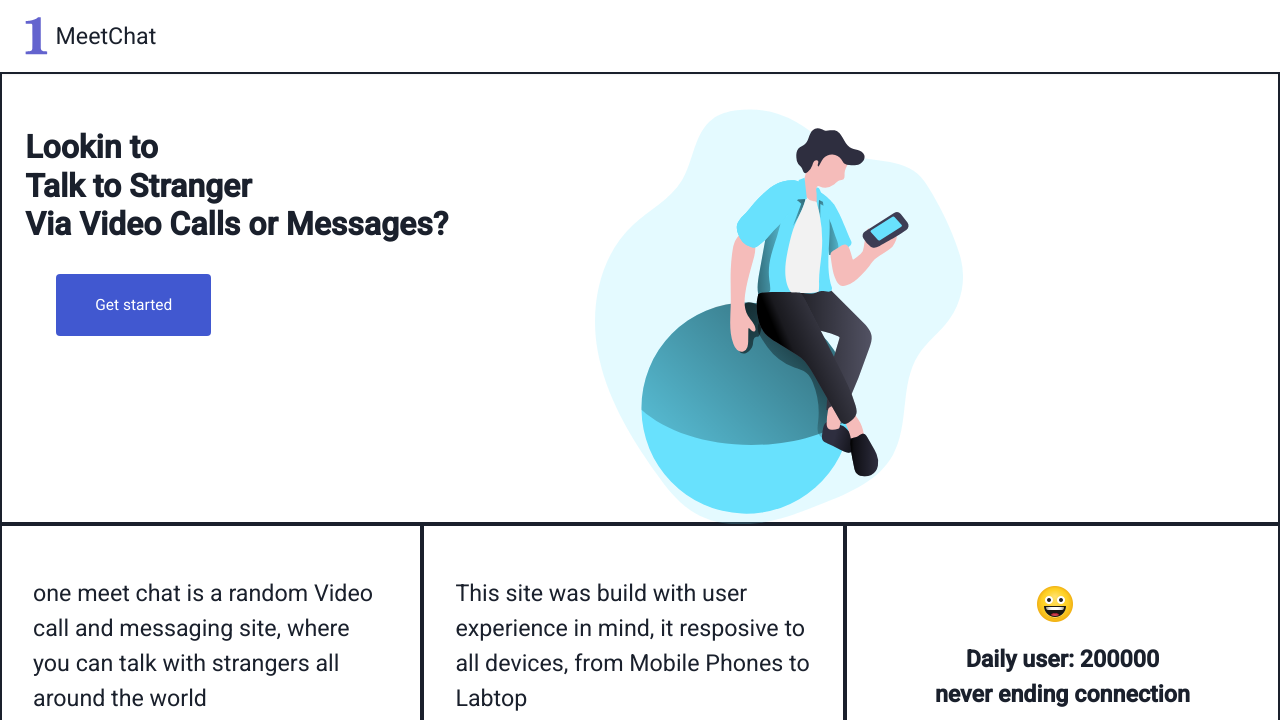
Repository: josephkongon/onemeetchat
Page: /
An editor plug-in stored every save of this project. The page is shown before and after the next save, followed by the edit.
The browser window is 1280 px wide. The pictures show the whole page.
The page's requests for data from a server got no answer. An inner scrolling area shows only its first screen. The project was rebuilt for these pictures with package versions that can differ from the ones it lists, and the page was loaded fresh each time. The framework's server and built-in components were replaced by stand-ins that run in the browser. No one was signed in, and anything a server would have sent is missing. Also part of the build but not shown: next.config.js, components/Privacy.tsx, components/Terms.tsx.

Above is the page before, as saved 2022-11-15 18:57:31.

### pages/_app.tsx
import '../styles/globals.css';
import type { AppProps } from 'next/app';
import { ChakraProvider } from '@chakra-ui/react';
import { theme } from '../theme';
import './index.css';

import { Provider } from 'react-redux';
import { store } from './redux/store';
import { SocketProvider } from '../provider/SocketProvider';
import { useEffect } from 'react';
import dynamic from 'next/dynamic';

function MyApp({ Component, pageProps }: AppProps) {
  useEffect(() => {
    const CodeMirror = dynamic(() => import('react-codemirror'), {
      ssr: false,
    });
  });
  return (
    <ChakraProvider theme={theme}>
      <SocketProvider>
        <Provider store={store}>
          <Component {...pageProps} />
        </Provider>
        {/* <App /> */}
      </SocketProvider>
    </ChakraProvider>
  );
}

export default MyApp;

### pages/index.tsx
import { Box, Button, Container, Text, Image, Heading } from '@chakra-ui/react';
import Head from 'next/head';
import {
  BrowserRouter as Router,
  Routes,
  Route,
  Navigate,
  NavLink,
} from 'react-router-dom';
import { BrowserRouter } from 'react-router-dom';
import styles from '../styles/Home.module.css';

import { UserInfo } from '../components/UserInfo';
import { useEffect } from 'react';

const Home = () => {
  useEffect(() => {});
  return (
    <Box w={'100vw'} h={'1fr'}>
      <Head>
        <title>One Meet Chat</title>
        <meta
          name='meet random people'
          content='Meet new people all around the world through video call and message'
        />
        <meta name='random call' content='Random calls with strangers ' />
        <meta
          name='random message'
          content='Talk to stangers through messages'
        />
        <link rel='icon' />
      </Head>
      <Box w={'100vw'} h={'100vh'} overflowX='hidden' className='mainscrollbar'>
        <Box
          display={'flex'}
          justifyContent='space-between'
          alignItems={'center'}
          h='10%'
          boxShadow='rgba(0, 0, 0, 0.16) 0px 1px 4px'
        >
          <Box
            ml={'1rem'}
            display='flex'
            alignItems={'center'}
            justifyContent='center'
          >
            <Image width='40px' height='40px' src='/logo.svg' alt=''></Image>
            <Box
              fontSize={'1.5rem'}
              height='100%'
              display={'flex'}
              justifyContent='flex-end'
              alignItems={'flex-end'}
            >
              MeetChat
            </Box>
          </Box>
        </Box>
        <Box
          height={'1fr'}
          display={{ base: 'flex', md: 'grid' }}
          gridTemplate={'65% 1fr / 33% 33% 1fr'}
          gridTemplateAreas="'a a a''b c d'"
          flexDirection={'column'}
        >
          <Box
            gridArea={'a'}
            display={'flex'}
            border={'solid 2px'}
            p='1.5rem'
            bgImage={{ base: '/onPhone.svg', sm: 'unset' }}
            bgRepeat='no-repeat'
            backgroundPosition={'center'}
            bgSize='cover'
          >
            <Box
              width={{ base: '100%', sm: '40%' }}
              h={{ base: '73vh', md: '100%' }}
              mt={{ base: '4rem', md: '2rem' }}
              mb={{ base: '4rem', md: 'unset' }}
              display={{ base: 'flex', md: 'unset' }}
              flexDirection='column'
            >
              <Box fontSize={{ base: '2rem', sm: '2.5rem' }} fontWeight='bold'>
                <Heading>
                  <Text>Lookin to </Text>
                  <Text>Talk to Stranger</Text>

                  <Text>Via Video Calls or Messages?</Text>
                </Heading>
              </Box>
              <Box mt={{ base: '4rem', md: '2rem' }} ml='2rem'>
                <UserInfo />
              </Box>
            </Box>
            <Box width={'60%'} h='100%'>
              <Box
                ml='5rem'
                w='1fr'
                width={'50%'}
                display={{ base: 'none', sm: 'flex' }}
              >
                <Image
                  width={{ base: '10rem', md: '600px' }}
                  height='440px'
                  src='/onPhone.svg'
                  alt=''
                ></Image>
              </Box>
            </Box>
          </Box>
          <Box
            gridArea={'b'}
            flexWrap={'wrap'}
            p='2rem'
            border={'solid 2px'}
            display={'flex'}
            flexDirection='column'
            justifyContent={'center'}
            alignItems={'center'}
          >
            <Box fontSize='1.5rem' p={{ base: '1rem', md: 'unset' }}>
              <Text>
                one meet chat is a random Video call and messaging site, where
                you can talk with strangers all around the world
              </Text>
            </Box>
          </Box>
          <Box
            gridArea={'c'}
            border={'solid 2px'}
            flexWrap='wrap'
            display={'flex'}
            flexDirection='column'
            justifyContent={'center'}
            alignItems={'center'}
          >
            <Box p={{ base: '3rem', md: '2rem' }} fontSize='1.5rem'>
              <Text>
                This site was build with user experience in mind, it resposive
                to all devices, from Mobile Phones to Labtop
              </Text>
            </Box>
          </Box>
          <Box
            gridArea={'d'}
            border={'solid 2px'}
            p='2rem'
            fontSize='1.5rem'
            flexWrap={'wrap'}
            fontWeight='bold'
            display={'flex'}
            flexDirection='column'
            justifyContent={'center'}
            alignItems={'center'}
          >
            <Box as='iframe' boxSize='4rem' src='/iconsface-48.png'></Box>
            <Box>Daily user: 200000</Box>
            <Box> never ending connection</Box>
          </Box>
        </Box>
        <Box h='1fr'>
          <Box
            h='50%'
            display={{ base: 'unset', md: 'flex' }}
            justifyContent={'center'}
            mt='2rem'
          >
            <Box
              margin={{ base: '0', md: '3rem' }}
              justifyContent='space-between'
              width={{ base: '100%', md: '50%' }}
              p='1rem'
            >
              <Text fontSize={{ base: '1.5rem', md: '2rem' }} fontWeight='bold'>
                Meeting people all round the World
              </Text>
              <Text
                fontSize={'1.3rem'}
                ml='2rem'
                w={{ base: '90%', md: '80%' }}
              >
                With one meet chat you can talk with anyone located anywhere in
                the world, you will be able to make me friends, talk with
                strangers, with fast and optimized connection
              </Text>
            </Box>
            <Box
              ml={{ base: '0', md: '5rem' }}
              w='1fr'
              width={{ base: '100%', md: '50%' }}
            >
              <Image
                width={{ base: '600px', md: '500px' }}
                height={{ base: '300px', md: '400px' }}
                objectFit='cover'
                src='/connected-world.svg'
                alt=''
              ></Image>
            </Box>
          </Box>
          <Box h='50%' display={'flex'} flexDirection='column'>
            <Box
              margin={'1rem'}
              display={{ base: 'flex', md: 'flex' }}
              flexDirection={{ base: 'column-reverse', md: 'unset' }}
              justifyContent='space-between'
              h='100%'
            >
              <Box mr='2rem' width={'100%'}>
                <Image
                  width='500px'
                  height='300px'
                  src='/chatting.svg'
                  alt=''
                ></Image>
              </Box>
              <Box w='100%' ml={{ base: '0', md: '3rem' }}>
                <Text
                  fontSize={{ base: '1.5rem', md: '2rem' }}
                  fontWeight='bold'
                  width={{ base: '100%', md: 'unset' }}
                >
                  Random Video Calls
                </Text>

                <Text
                  fontSize={{ base: '1.3rem', md: '1.3rem' }}
                  ml={{ base: '0', md: '2rem' }}
                >
                  With one meet chat , you can talk to stranger on video calls
                  as well as on message. the messages as also been intergrated
                  to the call so that you can send messages to someone even on
                  call with that person
                </Text>
              </Box>
            </Box>
          </Box>
        </Box>
        <Box
          h='1fr'
          display={'flex'}
          flexDirection='column'
          mt={{ base: '0', md: '2rem' }}
        >
          <Box
            h='50%'
            display={{ base: 'flex', md: 'flex' }}
            flexDirection={{ base: 'column', md: 'unset' }}
            alignItems={'center'}
            justifyContent='space-between'
            p={{ base: '1rem', md: '3rem' }}
          >
            <Box w={{ base: '100%', md: '50%' }}>
              <Text fontSize={'2rem'} fontWeight='bold'>
                How to Use one meet chat
              </Text>
              <Text fontSize={'1.3rem'} pl='2rem'>
                To use one meet chat is very easy, with not much to do, all you
                need to do is to select your gender. now depence on what you
                want, you can go for calls or messages
              </Text>
            </Box>
            <Box>
              <Image
                width='500px'
                height='400px'
                src='/online.svg'
                alt=''
              ></Image>
            </Box>
          </Box>
          <Box
            h='50%'
            alignItems={'center'}
            margin={'1rem'}
            display={{ base: 'flex', md: 'flex' }}
            flexDirection={{ base: 'column-reverse', md: 'unset' }}
            justifyContent='space-between'
          >
            <Box w={{ base: '100%', md: '50%' }}>
              <Image
                width='500px'
                height='400px'
                src='/rating.svg'
                alt=''
              ></Image>
            </Box>
            <Box
              w={{ base: '100%', md: '50%' }}
              display='flex'
              flexDirection={'column'}
              alignItems='center'
            >
              <Text fontSize={'2rem'} fontWeight='bold'>
                Why one meet chat
              </Text>
              <Text fontSize={'1.3rem'} w='70%'>
                one meet chat is build with user experience in mind. here you
                get a responsive site but on computer and on your smart phone.
                which makes it easy to use on mobile devices
              </Text>
            </Box>
          </Box>
        </Box>
      </Box>
    </Box>
  );
};

export default Home;

### theme/index.ts
import { extendTheme } from '@chakra-ui/react';

import { Button, Container, FormLabel, Heading, Input, Link } from './components';
import { colors, fonts } from './foundations';
import { styles } from './styles';

const theme = extendTheme({
  styles,
  colors,
  fonts,
  components: {
    Button,
    Container,
    FormLabel,
    Heading,
    Link,
    Input,
    Textarea: Input,
  },
});

export { theme };

### pages/index.css
@import url('https://fonts.googleapis.com/css2?family=Lobster&family=Roboto:ital,wght@0,400;0,500;1,300&display=swap');
html,
body {
  margin: 0;
  font-family: -apple-system, BlinkMacSystemFont, 'Segoe UI', 'Roboto', 'Oxygen',
    'Ubuntu', 'Cantarell', 'Fira Sans', 'Droid Sans', 'Helvetica Neue',
    sans-serif;
  -webkit-font-smoothing: antialiased;
  -moz-osx-font-smoothing: grayscale;
}
.mainscrollbar::-webkit-scrollbar {
  display: none;
}
.mainscrollbar {
  scrollbar-width: none;
  -ms-overflow-style: none;
}

code {
  font-family: source-code-pro, Menlo, Monaco, Consolas, 'Courier New',
    monospace;
}

.stb-container {
  height: 100%;
}

.stb-container > div:first-child {
  padding: 0.5em 1em;
}

/* .searchAni {
  animation-name: example;
  animation-duration: 4s;
  animation-iteration-count: infinite;
}
@keyframes example {
  from {
    color: rgb(192, 182, 182);
  }
} */

.lds-spinner {
  color: official;
  display: inline-block;
  position: relative;
  width: 80px;
  height: 80px;
}
.lds-spinner div {
  transform-origin: 40px 40px;
  animation: lds-spinner 1.2s linear infinite;
}
.lds-spinner div:after {
  content: ' ';
  display: block;
  position: absolute;
  top: 3px;
  left: 37px;
  width: 6px;
  height: 18px;
  border-radius: 20%;
  background: rgb(52, 51, 51);
}
.lds-spinner div:nth-child(1) {
  transform: rotate(0deg);
  animation-delay: -1.1s;
}
.lds-spinner div:nth-child(2) {
  transform: rotate(30deg);
  animation-delay: -1s;
}
.lds-spinner div:nth-child(3) {
  transform: rotate(60deg);
  animation-delay: -0.9s;
}
.lds-spinner div:nth-child(4) {
  transform: rotate(90deg);
  animation-delay: -0.8s;
}
.lds-spinner div:nth-child(5) {
  transform: rotate(120deg);
  animation-delay: -0.7s;
}
.lds-spinner div:nth-child(6) {
  transform: rotate(150deg);
  animation-delay: -0.6s;
}
.lds-spinner div:nth-child(7) {
  transform: rotate(180deg);
  animation-delay: -0.5s;
}
.lds-spinner div:nth-child(8) {
  transform: rotate(210deg);
  animation-delay: -0.4s;
}
.lds-spinner div:nth-child(9) {
  transform: rotate(240deg);
  animation-delay: -0.3s;
}
.lds-spinner div:nth-child(10) {
  transform: rotate(270deg);
  animation-delay: -0.2s;
}
.lds-spinner div:nth-child(11) {
  transform: rotate(300deg);
  animation-delay: -0.1s;
}
.lds-spinner div:nth-child(12) {
  transform: rotate(330deg);
  animation-delay: 0s;
}
@keyframes lds-spinner {
  0% {
    opacity: 1;
  }
  100% {
    opacity: 0;
  }
}

.scroll-black * {
  scrollbar-width: thin;
  scrollbar-color: rgb(70, 70, 70) auto;
}

/* Works on Chrome, Edge, and Safari */
.scroll-black *::-webkit-scrollbar {
  width: 7px;
}

.scroll-black *::-webkit-scrollbar-track {
  background: transparent;
}

.scroll-black *::-webkit-scrollbar-thumb {
  background-color: #6363ce;
}

### pages/redux/store.tsx
import { configureStore } from '@reduxjs/toolkit';
import userSlice from './slice/userSlice';

const store = configureStore({
  reducer: {
    user: userSlice,
  },
});

export { store };

### provider/SocketProvider.tsx
import React, {
  createContext,
  FC,
  useContext,
  useEffect,
  useState,
} from 'react';
import { Socket, io } from 'socket.io-client';
import Peer from 'peerjs';
import { url } from 'inspector';

const DEV_MODE = process.env.NODE_ENV === 'development';

const truke = {
  config: {
    iceServers: [
      { urls: 'stun:stun01.sipphone.com' },
      { urls: 'stun:stun.ekiga.net' },
      { urls: 'stun:stun.fwdnet.net' },
      { urls: 'stun:stun.ideasip.com' },
      { urls: 'stun:stun.iptel.org' },
      { urls: 'stun:stun.rixtelecom.se' },
      { urls: 'stun:stun.schlund.de' },
      { urls: 'stun:stun.l.google.com:19302' },
      { urls: 'stun:stun1.l.google.com:19302' },
      { urls: 'stun:stun2.l.google.com:19302' },
      { urls: 'stun:stun3.l.google.com:19302' },
      { urls: 'stun:stun4.l.google.com:19302' },
      { urls: 'stun:stunserver.org' },
      { urls: 'stun:stun.softjoys.com' },
      { urls: 'stun:stun.voiparound.com' },
      { urls: 'stun:stun.voipbuster.com' },
      { urls: 'stun:stun.voipstunt.com' },
      { urls: 'stun:stun.voxgratia.org' },
      { urls: 'stun:stun.xten.com' },
      {
        urls: 'turn:numb.viagenie.ca',
        credential: 'muazkh',
        username: 'webrtc@live.com',
      },
      {
        urls: 'turn:192.158.29.39:3478?transport=udp',
        credential: 'JZEOEt2V3Qb0y27GRntt2u2PAYA=',
        username: '28224511:1379330808',
      },
      {
        urls: 'turn:192.158.29.39:3478?transport=tcp',
        credential: 'JZEOEt2V3Qb0y27GRntt2u2PAYA=',
        username: '28224511:1379330808',
      },
    ],
  },
};
const peer = new Peer();
//DEV_MODE ? '/' : 'ws://namespace.herokuapp.com'
const socket = io('http://localhost:5000');
//'wss://api.onemeetchat.com/'
//http://143.110.147.156:5000'
const connect = {
  socket,
  peer,
};

const SocketContext = createContext(connect);

const SocketProvider: FC = ({ children }: any) => {
  const { socket, peer } = useContext(SocketContext);
  useEffect(() => {});
  return (
    <SocketContext.Provider value={connect}>{children}</SocketContext.Provider>
  );
};

export { SocketProvider, SocketContext };

### theme/components/index.ts
export * from './Button';
export * from './Container';
export * from './FormLabel';
export * from './Heading';
export * from './Input';
export * from './Link';

### theme/styles.ts
export const styles = {
  global: {
    body: {
      padding: 0,
      margin: 0,
      bg: 'background',
      minHeight: '100vh',
    },
    '*': {
      boxSizing: 'border-box',
    },
    html: {
      fontSize: { base: '14px', lg: '15.5px' },
    },
  },
};

### pages/redux/slice/userSlice.tsx
import { createSlice } from '@reduxjs/toolkit';

const initialStart = {
  name: '',
  gender: '',
  country: {
    code: '',
    name: '',
  },
  micOn: true,
  cameraOn: true,
};
// @ts-ignore */
const UserSlice = createSlice({
  name: 'user',
  initialState: initialStart,
  reducers: {
    setUserData: (start, { payload }) => {
      console.log('payload', payload);
      if (payload.name) start.name = payload.userId;
      if (payload.gender) start.gender = payload.email;
      if (payload.country) start.country = payload.country;
      if (payload.cameraOn) start.cameraOn = payload.cameraOn;
      if (payload.micOn) start.micOn = payload.micOn;
    },
  },
});

export const { setUserData } = UserSlice.actions;
export default UserSlice.reducer;

### theme/components/Button.ts
import { ComponentStyleConfig } from '@chakra-ui/react';

export const Button: ComponentStyleConfig = {
  baseStyle: {
    fontWeight: 400,
    fontSize: '1rem',
    fontFamily: 'Roboto, sans-serif',
    borderRadius: '4px',
    _focus: {
      boxShadow: 'none',
    },
    _focusVisible: {
      shadow: 'lg',
    },
  },
  // sizes: {
  //   sm: {
  //     fontSize: ['14px', '16px', '16px'],
  //     px: '1em',
  //     py: '1.0001em',
  //   },
  //   md: {
  //     fontSize: ['14px', '16px', '16px'],
  //     px: '2em',
  //     py: '1.5em',
  //   },
  //   lg: {
  //     fontSize: ['20px', '24px', '24px'],
  //     px: '3em',
  //     py: '1.3339em',
  //   },
  // },
  variants: {
    outline: {
      border: '1px solid',
      borderColor: 'primary.main',
      bgColor: 'white',
      color: 'primary.main',
      _hover: {
        bg: '#eee',
      },
    },
    solid: {
      bg: 'primary.main',
      color: 'white',
      _hover: {
        bg: 'primary.main',
      },
    },
    plain: {
      bg: 'white',
      color: 'primary.main',
    },
  },
  defaultProps: {
    size: 'md',
    variant: 'solid',
  },
};

### theme/components/Container.ts
import { ComponentStyleConfig } from '@chakra-ui/react';

export const Container: ComponentStyleConfig = {
  baseStyle: {
    px: '5%',
    maxW: '1600px',
    mx: 'auto',
  },
};

### theme/components/FormLabel.ts
import { ComponentStyleConfig } from '@chakra-ui/react';

export const FormLabel: ComponentStyleConfig = {
  baseStyle: {
    fontSize: 'sm',
    mb: '0.2em',
    mr: 0,
    fontWeight: '400',
  },
};

### theme/components/Heading.ts
import { ComponentStyleConfig } from '@chakra-ui/react';

export const Heading: ComponentStyleConfig = {
  baseStyle: {
    fontWeight: [500, 700],
  },
  sizes: {
    xl: {
      fontSize: ['28px', '32px', '32px'],
    },
    lg: {
      fontSize: ['20px', '24px', '24px'],
    },
    md: {
      fontSize: ['20px', '24px', '24px'],
    },
    sm: {
      fontSize: ['17px', '21px', '21px'],
    },
  },
};

### theme/components/Input.ts
import { ComponentStyleConfig } from '@chakra-ui/react';

export const Input: ComponentStyleConfig = {
  variants: {
    filled: {
      field: {
        backgroundColor: 'primary.light',
        borderWidth: '1px',
        borderStyle: 'solid',
        borderColor: 'primary.main',
        _focus: {
          borderWidth: '2px',
        },
        _invalid: {
          borderColor: 'error',
        },
      },
    },
  },
  defaultProps: {
    focusBorderColor: 'primary.main',
    errorBorderColor: 'error',
  },
};

### theme/components/Link.ts
import { ComponentStyleConfig } from '@chakra-ui/react';

export const Link: ComponentStyleConfig = {
  baseStyle: {
    color: 'black',
    textDecor: 'none',
    letterSpacing: 0,
    _focus: {
      boxShadow: 'none',
    },
    _focusVisible: {
      outlineColor: 'primary.main',
    },
  },
};

### theme/foundations/colors.ts
export const colors = {
  primary: {
    main: '#4158D0',
    blue100: '#6363ce',
    light: '#FEF3E9',
    dark: '#A65107',
  },
  gray: {
    50: '#F7FAFC',
    100: '#EDF2F7',
    200: '#E2E8F0',
    300: '#CBD5E0',
    400: '#A0AEC0',
    500: '#718096',
    600: '#4A5568',
    // 700: '#1A202C',
    800: '#1A202C',
    900: '#171923',
  },
  background: '#FFFFFF',
  error: '#E53E3E',
  success: '#38A169',
};

### theme/foundations/fonts.ts
export const fonts = {
  heading: 'Roboto, serif',
  body: 'Roboto, sans-serif',
};

Loaded but not shown: styles/globals.css (common file); theme/foundations/index.ts (common file); components/UserInfo.tsx (220 lines, source omitted)

After the next save:
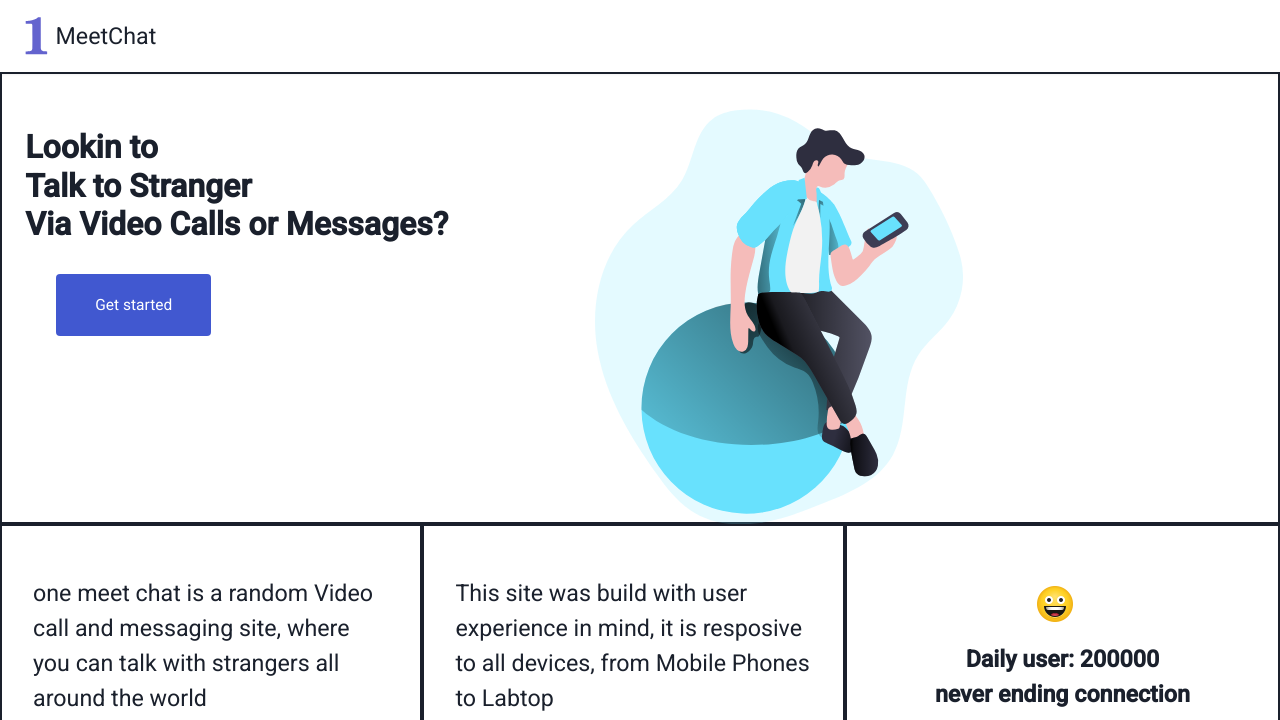
Saved 11 min 7 s later.
--- a/pages/index.tsx
+++ b/pages/index.tsx
@@ -137,8 +137,8 @@ const Home = () => {
           >
             <Box p={{ base: '3rem', md: '2rem' }} fontSize='1.5rem'>
               <Text>
-                This site was build with user experience in mind, it resposive
-                to all devices, from Mobile Phones to Labtop
+                This site was build with user experience in mind, it is
+                resposive to all devices, from Mobile Phones to Labtop
               </Text>
             </Box>
           </Box>
